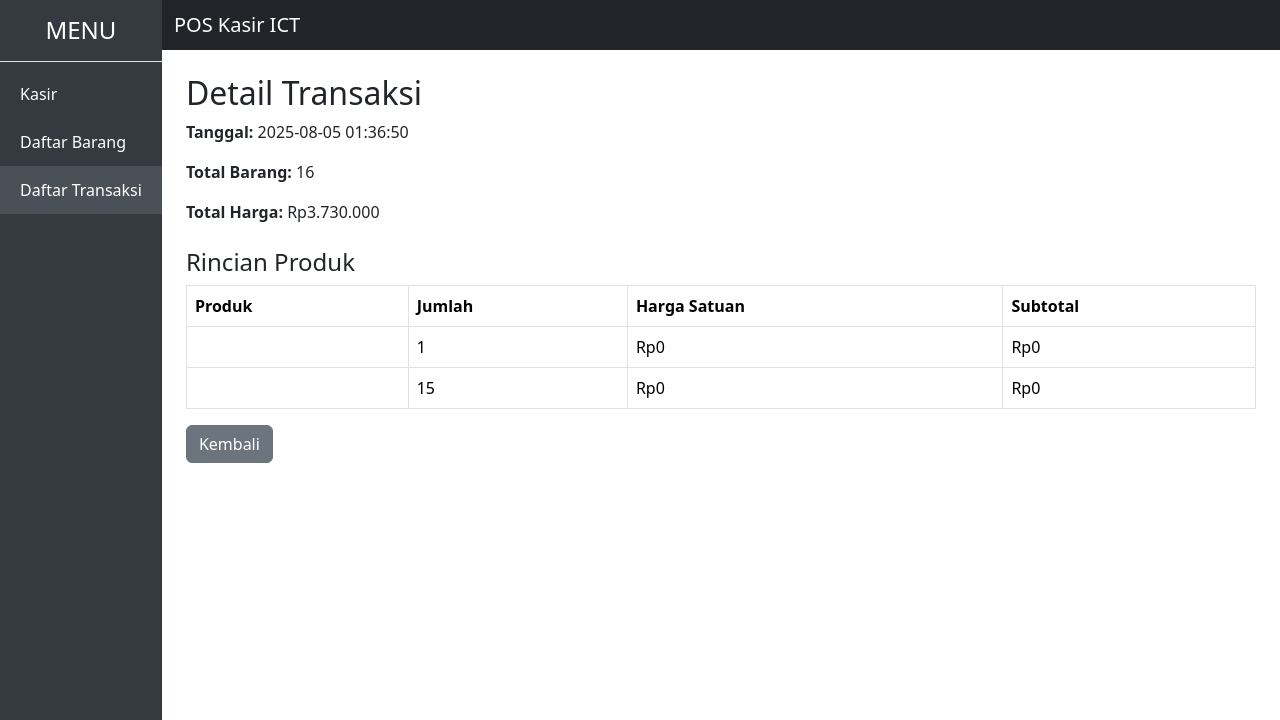
Repository: ekojt7/ekojatmiko_kasir_ict
Page: http://localhost/transaksis/5
The author's editor kept a copy of each file at every save. The page is drawn from the files as they stood at one save, then again after the next save.
The browser window is 1280 px wide. The pictures show the whole page.
The page is served by the project's Laravel application, run on PHP 8.4 with Laravel 12. Other server files are loaded and not shown. The database holds what the project's SQL file puts in it.

Above is the page before, as saved 2025-08-04 21:08:22.

### routes/web.php
<?php

use Illuminate\Support\Facades\Route;
use App\Http\Controllers\BarangController;
use App\Http\Controllers\KasirController;
use App\Http\Controllers\TransaksiController;


Route::resource('barangs', BarangController::class);
Route::get('/kasir', [KasirController::class, 'index'])->name('kasir.index');
Route::post('/kasir', [KasirController::class, 'store'])->name('kasir.store');
Route::get('/transaksis', [TransaksiController::class, 'index'])->name('transaksi.index');
Route::get('/transaksis/{id}', [TransaksiController::class, 'show'])->name('transaksi.show');

### app/Http/Controllers/TransaksiController.php
<?php

namespace App\Http\Controllers;

use App\Models\Transaksi;
use Illuminate\Http\Request;

class TransaksiController extends Controller
{
    public function index()
    {
        $transaksis = Transaksi::orderBy('tanggal', 'desc')->get();
        return view('transaksi.index', compact('transaksis'));
    }

    public function show($id)
    {
        $transaksi = Transaksi::with('details.produk')->findOrFail($id);
        return view('transaksi.show', compact('transaksi'));
    }
}

### app/Models/Transaksi.php
<?php

namespace App\Models;

use Illuminate\Database\Eloquent\Model;

class Transaksi extends Model
{
    protected $fillable = ['tanggal', 'total_barang', 'total_harga'];

    public function details()
    {
        return $this->hasMany(DetailTransaksi::class, 'id_transaksi');
    }
}

### app/Models/DetailTransaksi.php
<?php

namespace App\Models;

use Illuminate\Database\Eloquent\Model;

class DetailTransaksi extends Model
{
    protected $fillable = ['id_transaksi', 'id_barang', 'harga', 'jumlah'];

    public function produk()
    {
        return $this->belongsTo(Barang::class, 'id_barang');
    }
}

### app/Models/Barang.php
<?php

namespace App\Models;

use Illuminate\Database\Eloquent\Factories\HasFactory;
use Illuminate\Database\Eloquent\Model;

class Barang extends Model
{
    use HasFactory;

    protected $fillable = ['kode_barang', 'nama_barang', 'harga'];
}

### resources/views/transaksi/show.blade.php
@extends('layout')

@section('content')
<div class="container">
    <h2>Detail Transaksi</h2>
    <p><strong>Tanggal:</strong> {{ $transaksi->tanggal }}</p>
    <p><strong>Total Barang:</strong> {{ $transaksi->total_barang }}</p>
    <p><strong>Total Harga:</strong> Rp{{ number_format($transaksi->total_harga, 0, ',', '.') }}</p>

    <h4 class="mt-4">Rincian Produk</h4>
    <table class="table table-bordered">
        <thead>
            <tr>
                <th>Produk</th>
                <th>Jumlah</th>
                <th>Harga Satuan</th>
                <th>Subtotal</th>
            </tr>
        </thead>
        <tbody>
            @foreach ($transaksi->details as $detail)
            <tr>
                <td>{{ $detail->produk->nama }}</td>
                <td>{{ $detail->jumlah }}</td>
                <td>Rp{{ number_format($detail->harga_satuan, 0, ',', '.') }}</td>
                <td>Rp{{ number_format($detail->subtotal, 0, ',', '.') }}</td>
            </tr>
            @endforeach
        </tbody>
    </table>

    <a href="{{ route('transaksi.index') }}" class="btn btn-secondary">Kembali</a>
</div>
@endsection

### resources/views/layout.blade.php
<!DOCTYPE html>
<html>
<head>
    <title>POS Kasir ICT</title>
    <link href="https://cdn.jsdelivr.net/npm/bootstrap@5.3.3/dist/css/bootstrap.min.css" rel="stylesheet">
    <style>
        body {
            min-height: 100vh;
        }
        .sidebar {
            min-height: 100vh;
            background-color: #343a40;
        }
        .sidebar a {
            color: #fff;
            padding: 12px 20px;
            display: block;
            text-decoration: none;
        }
        .sidebar a:hover {
            background-color: #495057;
        }
        .active {
            background-color: #495057;
        }
    </style>
</head>
<body>
    <div class="d-flex">
        <!-- Sidebar -->
        <div class="sidebar">
            <h4 class="text-white text-center py-3 border-bottom">MENU</h4>
            <a href="{{ url('/kasir') }}" class="{{ request()->is('kasir') ? 'active' : '' }}">Kasir</a>
            <a href="{{ route('barangs.index') }}" class="{{ request()->is('barangs*') ? 'active' : '' }}">Daftar Barang</a>
            <a href="{{ url('/transaksis') }}" class="{{ request()->is('transaksis*') ? 'active' : '' }}">Daftar Transaksi</a>
        </div>

        <!-- Main Content -->
        <div class="flex-grow-1">
            <!-- Navbar -->
            <nav class="navbar navbar-expand-lg navbar-dark bg-dark">
                <div class="container-fluid">
                    <span class="navbar-brand mb-0 h1">POS Kasir ICT</span>
                </div>
            </nav>

            <!-- Page Content -->
            <div class="container-fluid py-4">
                @yield('content')
            </div>
        </div>
    </div>

    <script src="https://cdn.jsdelivr.net/npm/bootstrap@5.3.3/dist/js/bootstrap.bundle.min.js"></script>
</body>
</html>

### ekojatmiko_kasir_ict.sql (the tables this page reads)
CREATE TABLE `barangs`  (
  `id` bigint UNSIGNED NOT NULL AUTO_INCREMENT,
  `kode_barang` varchar(255) CHARACTER SET utf8mb4 COLLATE utf8mb4_0900_ai_ci NOT NULL,
  `nama_barang` varchar(255) CHARACTER SET utf8mb4 COLLATE utf8mb4_0900_ai_ci NOT NULL,
  `harga` int NOT NULL,
  `created_at` timestamp NULL DEFAULT NULL,
  `updated_at` timestamp NULL DEFAULT NULL,
  PRIMARY KEY (`id`) USING BTREE,
  UNIQUE INDEX `barangs_kode_barang_unique`(`kode_barang` ASC) USING BTREE
) ENGINE = InnoDB AUTO_INCREMENT = 8 CHARACTER SET = utf8mb4 COLLATE = utf8mb4_0900_ai_ci ROW_FORMAT = Dynamic;

INSERT INTO `barangs` VALUES (1, 'L00001', 'Lenovo ThinkPad T410', 2500000, '2025-08-04 13:18:31', '2025-08-04 13:18:31');

INSERT INTO `barangs` VALUES (2, 'M00001', 'Mouse HP Blutooth', 82000, '2025-08-04 13:19:06', '2025-08-04 13:19:18');

INSERT INTO `barangs` VALUES (4, 'K00001', 'HVS A3a', 1000, '2025-08-04 13:32:08', '2025-08-04 14:24:55');

INSERT INTO `barangs` VALUES (6, 'K0001', 'Kabel USB Extension', 125000, '2025-08-04 15:00:32', '2025-08-04 15:00:32');

INSERT INTO `barangs` VALUES (7, 'K0002', 'Kabel LAN', 25000, '2025-08-04 15:03:09', '2025-08-04 15:03:09');

CREATE TABLE `detail_transaksis`  (
  `id` bigint UNSIGNED NOT NULL AUTO_INCREMENT,
  `id_transaksi` bigint UNSIGNED NOT NULL,
  `id_barang` bigint UNSIGNED NOT NULL,
  `harga` int NOT NULL,
  `jumlah` int NOT NULL,
  `created_at` timestamp NULL DEFAULT NULL,
  `updated_at` timestamp NULL DEFAULT NULL,
  PRIMARY KEY (`id`) USING BTREE,
  INDEX `detail_transaksis_id_transaksi_foreign`(`id_transaksi` ASC) USING BTREE,
  INDEX `detail_transaksis_id_barang_foreign`(`id_barang` ASC) USING BTREE,
  CONSTRAINT `detail_transaksis_id_barang_foreign` FOREIGN KEY (`id_barang`) REFERENCES `barangs` (`id`) ON DELETE CASCADE ON UPDATE RESTRICT,
  CONSTRAINT `detail_transaksis_id_transaksi_foreign` FOREIGN KEY (`id_transaksi`) REFERENCES `transaksis` (`id`) ON DELETE CASCADE ON UPDATE RESTRICT
) ENGINE = InnoDB AUTO_INCREMENT = 13 CHARACTER SET = utf8mb4 COLLATE = utf8mb4_0900_ai_ci ROW_FORMAT = Dynamic;

INSERT INTO `detail_transaksis` VALUES (1, 1, 1, 2500000, 2, '2025-08-04 13:49:03', '2025-08-04 13:49:03');

INSERT INTO `detail_transaksis` VALUES (2, 1, 4, 1000, 10, '2025-08-04 13:49:03', '2025-08-04 13:49:03');

INSERT INTO `detail_transaksis` VALUES (3, 1, 2, 82000, 5, '2025-08-04 13:49:03', '2025-08-04 13:49:03');

INSERT INTO `detail_transaksis` VALUES (4, 2, 2, 82000, 15, '2025-08-04 14:33:34', '2025-08-04 14:33:34');

INSERT INTO `detail_transaksis` VALUES (5, 2, 1, 2500000, 2, '2025-08-04 14:33:34', '2025-08-04 14:33:34');

INSERT INTO `detail_transaksis` VALUES (6, 3, 1, 2500000, 3, '2025-08-04 14:34:20', '2025-08-04 14:34:20');

INSERT INTO `detail_transaksis` VALUES (7, 3, 4, 1000, 1000, '2025-08-04 14:34:20', '2025-08-04 14:34:20');

INSERT INTO `detail_transaksis` VALUES (8, 4, 2, 82000, 8, '2025-08-05 01:35:18', '2025-08-05 01:35:18');

INSERT INTO `detail_transaksis` VALUES (9, 4, 6, 125000, 1, '2025-08-05 01:35:18', '2025-08-05 01:35:18');

INSERT INTO `detail_transaksis` VALUES (10, 4, 7, 25000, 10, '2025-08-05 01:35:18', '2025-08-05 01:35:18');

INSERT INTO `detail_transaksis` VALUES (11, 5, 1, 2500000, 1, '2025-08-05 01:36:50', '2025-08-05 01:36:50');

INSERT INTO `detail_transaksis` VALUES (12, 5, 2, 82000, 15, '2025-08-05 01:36:50', '2025-08-05 01:36:50');

CREATE TABLE `transaksis`  (
  `id` bigint UNSIGNED NOT NULL AUTO_INCREMENT,
  `tanggal` datetime NOT NULL,
  `total_barang` int NOT NULL,
  `total_harga` int NOT NULL,
  `created_at` timestamp NULL DEFAULT NULL,
  `updated_at` timestamp NULL DEFAULT NULL,
  PRIMARY KEY (`id`) USING BTREE
) ENGINE = InnoDB AUTO_INCREMENT = 6 CHARACTER SET = utf8mb4 COLLATE = utf8mb4_0900_ai_ci ROW_FORMAT = Dynamic;

INSERT INTO `transaksis` VALUES (1, '2025-08-04 13:49:03', 17, 5420000, '2025-08-04 13:49:03', '2025-08-04 13:49:03');

INSERT INTO `transaksis` VALUES (2, '2025-08-04 14:33:34', 17, 6230000, '2025-08-04 14:33:34', '2025-08-04 14:33:34');

INSERT INTO `transaksis` VALUES (3, '2025-08-04 14:34:20', 1003, 8500000, '2025-08-04 14:34:20', '2025-08-04 14:34:20');

INSERT INTO `transaksis` VALUES (4, '2025-08-05 01:35:18', 19, 1031000, '2025-08-05 01:35:18', '2025-08-05 01:35:18');

INSERT INTO `transaksis` VALUES (5, '2025-08-05 01:36:50', 16, 3730000, '2025-08-05 01:36:50', '2025-08-05 01:36:50');

Loaded but not shown: app/Http/Controllers/Controller.php (common file)

After the next save:
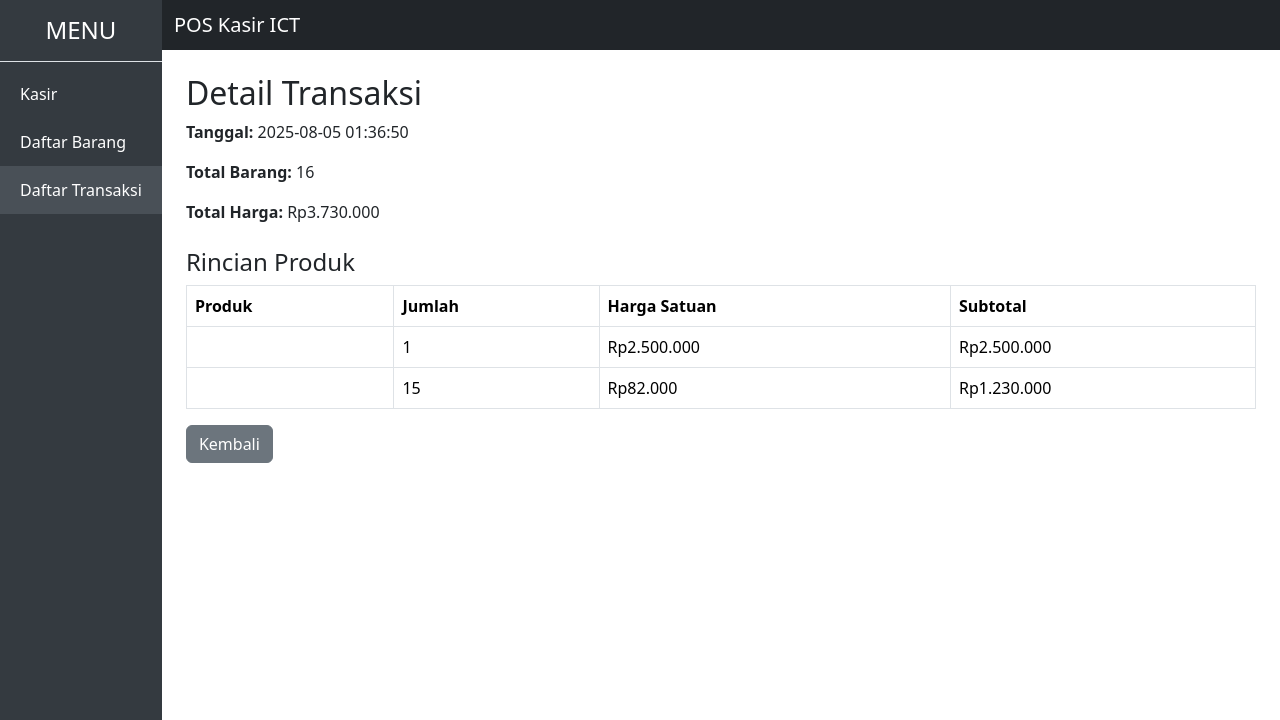
Saved 112 s later.
--- a/resources/views/transaksi/show.blade.php
+++ b/resources/views/transaksi/show.blade.php
@@ -22,8 +22,8 @@
             <tr>
                 <td>{{ $detail->produk->nama }}</td>
                 <td>{{ $detail->jumlah }}</td>
-                <td>Rp{{ number_format($detail->harga_satuan, 0, ',', '.') }}</td>
-                <td>Rp{{ number_format($detail->subtotal, 0, ',', '.') }}</td>
+                <td>Rp{{ number_format($detail->harga, 0, ',', '.') }}</td>
+                <td>Rp{{ number_format($detail->harga * $detail->jumlah , 0, ',', '.') }}</td>
             </tr>
             @endforeach
         </tbody>
